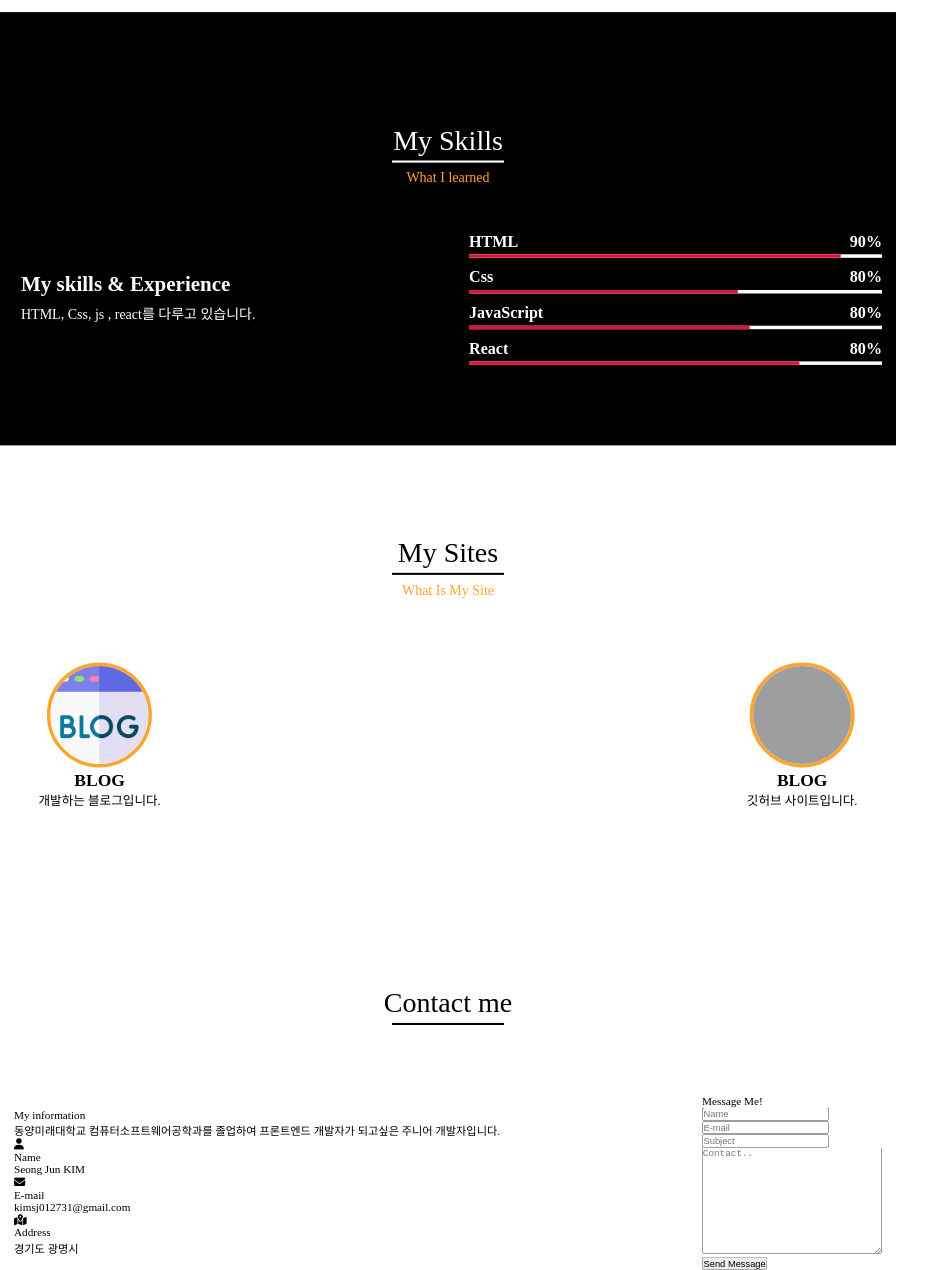
Repository: jun01270/jun
Page: index.html
An editor plug-in stored every save of this project. The page is shown before and after the next save, followed by the edit.
The browser window is 1280 px wide. The page is 1280 px wide, then 1356 px, so the pictures cover 1356 px, including what lies to the right of the window. The pictures show the part of the page from y = 1666 to 3506 px (the page is 3480 px tall before and 3506 px after), at 70% of full size.
Pictures or frames that could not be fetched are drawn as grey boxes. Some web libraries are served in a nearby version.

Above is the page before, as saved 2023-05-10 17:12:09.

### index.html
<!DOCTYPE html>
<html lang="en">
  <head>
    <meta charset="UTF-8" />
    <meta http-equiv="X-UA-Compatible" content="IE=edge" />
    <meta name="viewport" content="width=device-width, initial-scale=1.0" />
    <link rel="stylesheet" href="./css/style.css" />
    <link rel="stylesheet" href="./css/home.css" />
    <link rel="stylesheet" href="./css/about.css" />
    <link rel="stylesheet" href="./css/skills.css" />
    <link rel="stylesheet" href="./css/mysites.css" />
    <link rel="stylesheet" href="./css/contact.css" />

    <script
      src="https://kit.fontawesome.com/252eac6dbf.js"
      crossorigin="anonymous"
    ></script>
    <title>Jun's site</title>
  </head>
  <body>
    <nav class="navbar">
      <div class="max-width">
        <div class="logo">
          <a href="#home">Jun's <span>Site</span></a>
        </div>
        <ul class="menu-bar">
          <li><a href="#home" class="menu-btn" id="homeID">Home</a></li>
          <li><a href="#about" class="menu-btn" id="homeID">About</a></li>
          <li><a href="#skills" class="menu-btn">Skills</a></li>
          <li><a href="#my-sites" class="menu-btn">My Sties</a></li>
          <li><a href="#contact" class="menu-btn">Contact</a></li>
        </ul>
      </div>
    </nav>

    <!--home섹션-->
    <section class="home" id="home">
      <div class="max-width">
        <div class="home-section">
          <div class="text-1">Hello! My Name is</div>
          <div class="text-2">Seong Jun KIM</div>
          <div class="text-3">My skills <span class="typing1">HTML</span></div>
        </div>
      </div>
    </section>

    <!--about섹션-->
    <section class="about" id="about">
      <div class="max-width">
        <h2 class="title">About</h2>
        <div class="about-content">
          <div class="left-column"><img src="./img/profile.jpg" /></div>
          <div class="right-column">
            <div class="about-text">I'm Seong Jun KIM</div>
            <div class="about-skills">
              My skills <span class="typing2">HTML</span>
            </div>
            <p>
              안녕하세요 프론트엔드 개발자를 꿈꾸는 주니어 개발자 김성준입니다.
            </p>
          </div>
        </div>
      </div>
    </section>

    <!--skills섹션-->
    <section class="skills" id="skills">
      <div class="max-width">
        <h2 class="title">My Skills</h2>
        <div class="skills-content">
          <div class="left-column">
            <div class="skills-text">
              <div class="sub-title">My skills & Experience</div>
              <p>HTML, Css, js , react를 다루고 있습니다.</p>
            </div>
          </div>
          <div class="right-column">
            <div class="bars">
              <div class="bars-content">
                <span>HTML</span>
                <span>90%</span>
              </div>
              <div class="line html"></div>
            </div>
            <div class="bars">
              <div class="bars-content">
                <span>Css</span>
                <span>80%</span>
              </div>
              <div class="line css"></div>
            </div>
            <div class="bars">
              <div class="bars-content">
                <span>JavaScript</span>
                <span>80%</span>
              </div>
              <div class="line js"></div>
            </div>
            <div class="bars">
              <div class="bars-content">
                <span>React</span>
                <span>80%</span>
              </div>
              <div class="line react"></div>
            </div>
          </div>
        </div>
      </div>
    </section>

    <!--My sties섹션-->
    <section class="my-sites">
      <div class="max-width">
        <h2 class="title">My Sites</h2>
        <div class="my-sites-content">
          <div class="left-column">
            <a href="https://web-jun.tistory.com/" target="_blank">
              <div class="site">
                <div class="site-images">
                  <img src="/img/blog.jpg" alt="" />
                  <div class="site-text">BLOG</div>
                  <p>개발하는 블로그입니다.</p>
                </div>
              </div>
            </a>
          </div>
          <div class="right-column">
            <a href="https://github.com/jun01270" target="_blank">
              <div class="site">
                <div class="site-images">
                  <img src="/img/github.jpg" alt="" />
                  <div class="site-text">BLOG</div>
                  <p>깃허브 사이트입니다.</p>
                </div>
              </div>
            </a>
          </div>
        </div>
      </div>
    </section>

    <!--Contact 섹션-->
    <section class="contact">
      <div class="max-width">
        <h2 class="title">Contact me</h2>
        <div class="contact-content">
          <div class="left-column">
            <div class="contact-text">My information</div>
            <p>
              동양미래대학교 컴퓨터소프트웨어공학과를 졸업하여 프론트엔드
              개발자가 되고싶은 주니어 개발자입니다.
            </p>
            <div class="icons-content">
              <i class="fas fa-user"></i>
              <div class="info">
                <div class="head">Name</div>
                <div class="tail">Seong Jun KIM</div>
              </div>
            </div>
            <div class="icons-content">
              <i class="fas fa-envelope"></i>
              <div class="info">
                <div class="head">E-mail</div>
                <div class="tail">kimsj012731@gmail.com</div>
              </div>
            </div>
            <div class="icons-content">
              <i class="fas fa-map-marked-alt"></i>
              <div class="info">
                <div class="head">Address</div>
                <div class="tail">경기도 광명시</div>
              </div>
            </div>
          </div>
          <div class="right-column">
            <div class="contact-text">Message Me!</div>
            <form action="#">
              <div class="fields">
                <div class="fields name">
                  <input type="text" placeholder="Name" />
                </div>
                <div class="fields Email">
                  <input type="email" placeholder="E-mail" />
                </div>
              </div>
              <div class="fields subject">
                <input type="text" placeholder="Subject" />
              </div>
              <div class="fields contact-area">
                <textarea
                  cols="30"
                  rows="10"
                  placeholder="Contact.. "
                  required
                ></textarea>
              </div>
              <div class="button">
                <button type="submit">Send Message</button>
              </div>
            </form>
          </div>
        </div>
      </div>
    </section>

    <!--Footer섹션-->
    <footer></footer>

    <!--JS섹션-->
  </body>
</html>

### css/style.css
@import url("https://fonts.googleapis.com/css2?family=Lora&display=swap");

* {
  margin: 0;
  padding: 0;
  box-sizing: border-box;
  text-decoration: none;
}

.home .about .skills .my-sites .contact {
  padding-top: 86px;
}

html {
  scroll-behavior: smooth;
}

.max-width {
  max-width: 1300px;
  padding: 0 20px;
  margin: auto;
}

.section {
  padding: 100px 0;
}

/* .about, .skills, .my-sites, .contact, .footer{
    //폰트삽입
} */

.about .title,
.skills .title,
.my-sites .title,
.contact .title {
  position: relative;
  text-align: center;
  font-size: 40px;
  font-weight: 500;
  margin: 30px 0 100px 0;
  padding-bottom: 8px;
}

.about .title::before,
.skills .title::before,
.my-sites .title::before,
.contact .title::before {
  content: "";
  position: absolute;
  bottom: 0px;
  left: 50%;
  width: 160px;
  height: 3px;
  background-color: black;
  transform: translateX(-50%);
}

.title::after {
  content: "";
  position: absolute;
  bottom: -38px;
  left: 50%;
  font-size: 20px;
  color: rgb(255, 164, 45);
  padding: 5px;
  background-color: white;
  transform: translateX(-50%);
}

.about .about-content,
.skills .skills-content,
.my-sites .my-sites-content,
.contact .contact-content {
  display: flex;
  align-items: center;
  flex-wrap: wrap;
  justify-content: space-between;
}

.navbar {
  position: relative;
  width: 100%;
  padding: 20px 0;
  z-index: 999;
  transition: all 0.3s ease;
  background-color: burlywood;
}

.navbar .max-width {
  display: flex;
  align-items: center;
  justify-content: space-between;
}

.navbar .logo {
  font-size: 30px;
  font-weight: 600;
  margin-left: 20px;
  color: black;
}

.navbar .logo a {
  color: white;
  text-decoration: none;
}

.navbar .logo a span {
  color: orange;
  transition: all 0.3s ease;
}

.navbar .menu-bar li {
  list-style: none;
  margin: 5px 20px 0 0;
  display: inline-block;
}

.navbar .menu-bar li a {
  display: block;
  text-decoration: none;
  font-size: 20px;
  font-weight: 500;
  margin-left: 15px;
  transition: all 0.3s ease;
}

.menu-bar li:hover {
  background-color: orange;
  border-radius: 3px;
}

.navbar.sticky {
  padding: 20px 0;
  background-color: black;
}

.navbar.sticky .logo a span {
  color: white;
}

.navbar.sticky .menu-bar li a:hover {
  color: white;
}

.navbar .menu-btn {
  color: white;
  font-size: 25px;
  display: none;
  cursor: pointer;
}

@media screen and (max-width: 700px) {
  .navbar {
    flex-direction: column;
    align-items: flex-start;
    margin: 0;
  }

  .menu-bar {
    flex-direction: column;
    align-items: center;
    width: 100%;
  }

  .menu-bar li {
    width: 100%;
    text-align: center;
  }
}

### css/home.css
.home {
  display: flex;
  height: 100vh;
  min-height: 500px;
  color: white;
  background: url("../img/back.jpg") no-repeat center;
  background-size: cover;
}

.home .max-width {
  margin: auto 0 auto 40px;
}

.home .home-section .text1 {
  font-size: 30px;
}

.home .home-section .text2 {
  font-size: 75px;
  font-weight: 600;
}

.home .home-section .text-3 {
  font-size: 40px;
}

.home .home-section .text-3 span {
  color: orange;
  font-weight: 500;
}

### css/about.css
.about {
  padding: 100px 0;
  transition: all 0.3s ease;
}

.about .title::after {
  content: "Who I am";
  background-color: white;
}

.about .about-content {
  margin-bottom: 100px;
}

.about .about-content .left-column {
  width: 45%;
}

.about .about-content .left-column img {
  height: 400px;
  width: 400px;
  object-fit: cover;
  border-radius: 6px;
}

.about .about-content .right-column {
  width: 55%;
  margin-bottom: 50px;
}

.about .about-content .right-column .about-text,
.about .about-content .right-column .about-skills {
  font-size: 30px;
  font-weight: 600;
  margin-bottom: 10px;
}

.about .about-content .right-column .about-skills span {
  color: orange;
}

.about .about-content .right-column P {
  text-align: justify;
  font-size: 20px;
}

### css/skills.css
.skills {
  padding: 100px 0;
  transition: all 0.3s ease;
}

.skills .title {
  padding-top: 30px;
}

.skills .title::before {
  background-color: white;
}

.skills .title::after {
  content: "What I learned";
  background-color: black;
}

.skills {
  color: white;
  background-color: black;
  padding-bottom: 100px;
}

.skills .sub-title {
  font-size: 30px;
  font-weight: 600;
  padding-bottom: 10px;
}

.skills .skills-content .left-column,
.skills .skills-content .right-column {
  width: calc(50% - 30px);
}

.skills .skills-content .left-column .skills-text {
  font-size: 23px;
  font-weight: 300;
  margin: 0 0 20px 10px;
  text-align: justify;
}

.skills .skills-content .left-column p {
  font-size: 20px;
}

.skills .skills-content .right-column .bars {
  margin-bottom: 15px;
}

.skills .skills-content .right-column .bars-content {
  display: flex;
  margin-bottom: 5px;
  align-items: center;
  justify-content: space-between;
}

.skills .skills-content span {
  font-size: 23px;
  font-weight: 600;
}

.skills .skills-content .right-column .line {
  height: 5px;
  background-color: white;
  width: 100%;
  position: relative;
}

.skills .skills-content .right-column .line::before {
  content: "";
  position: absolute;
  height: 100%;
  left: 0;
  top: 0;
  background-color: crimson;
}

.skills .skills-content .right-column .html::before {
  width: 90%;
}

.skills .skills-content .right-column .css::before {
  width: 65%;
}

.skills .skills-content .right-column .js::before {
  width: 68%;
}

.skills .skills-content .right-column .react::before {
  width: 80%;
}

### css/mysites.css
.my-sites {
  padding: 100px 0;
  transition: all 0.3s ease;
}

.my-sites .title::after {
  content: "What Is My Site ";
}

.my-sites .my-sites-content {
  margin-bottom: 100px;
}

.my-sites .my-sites-content .left {
  width: 10%;
}

.my-sites .my-sites-content .right {
  width: 10%;
}

.my-sites .my-sites-content a {
  display: flex;
  text-align: center;
  color: black;
}

.my-sites .my-sites-content a,
.my-sites .my-sites-content a:visited,
.my-sites .my-sites-content a:active,
.my-sites .my-sites-content a:hover {
  text-decoration: none;
}

.my-sites .my-sites-content .site {
  background-color: white;
  border-radius: 6px;
  padding: 25px 35px;
  transition: all 0.3s ease;
}

.my-sites .my-sites-content .site img {
  height: 150px;
  width: 150px;
  object-fit: cover;
  border-radius: 50%;
  border: 5px solid rgb(255, 164, 45);
  transition: all 0.3 ease;
}

.my-sites .my-sites-content .site-text {
  font-size: 25px;
  font-weight: 600;
}

.my-sites .my-sites-content p {
  font-size: 18px;
  text-align: justify;
}

.my-sites .my-sites-content .site:hover {
  background-color: rgb(25, 8, 53);
  color: white;
  transform: scale(1.05);
}

.my-sites .my-sites-content .site:hover img {
  border-color: white;
}

Loaded but not shown: css/contact.css (no stored copy; drawn as an empty file)

After the next save:
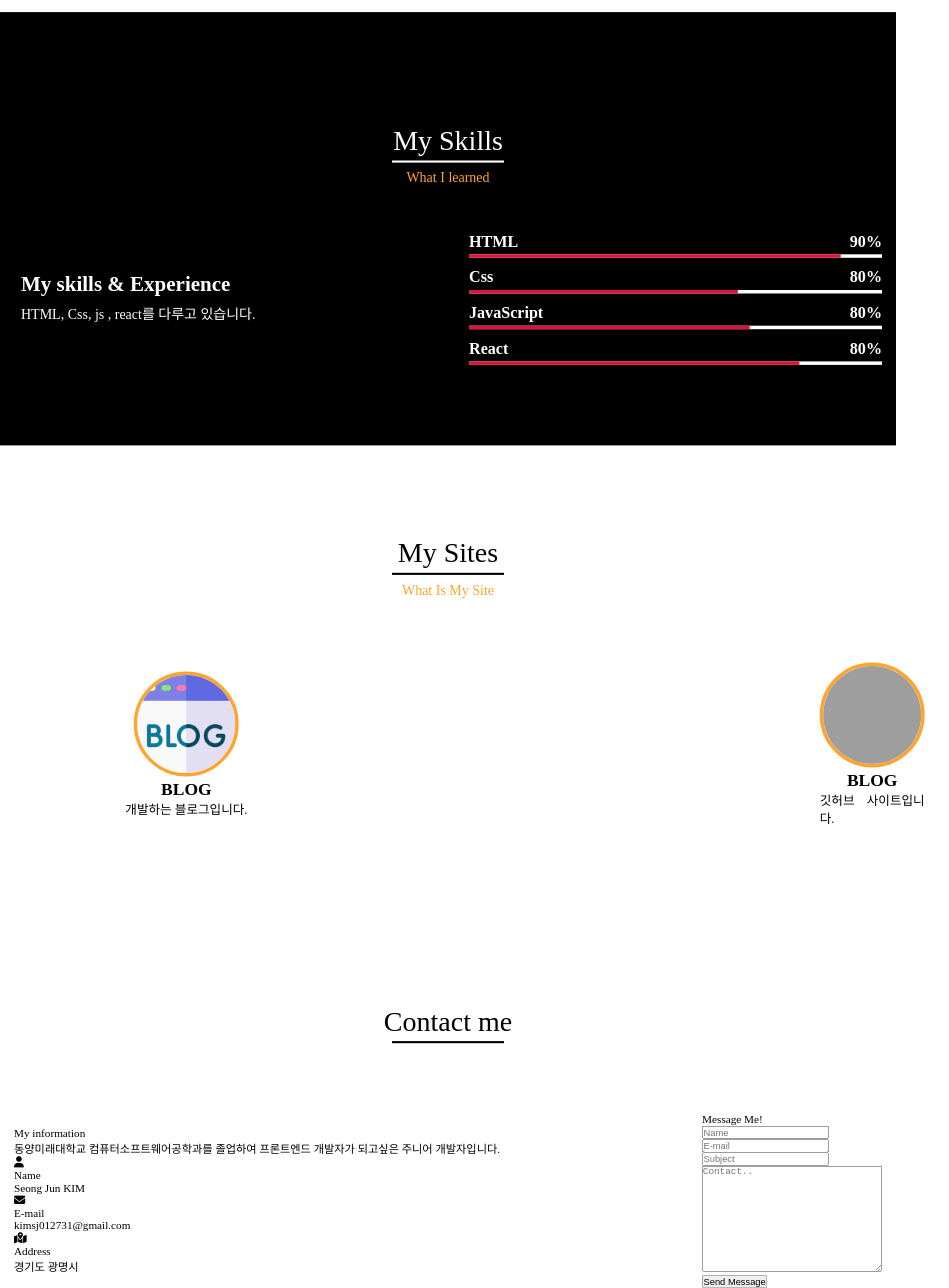
Saved 2 min 23 s later.
--- a/css/mysites.css
+++ b/css/mysites.css
@@ -11,11 +11,11 @@
   margin-bottom: 100px;
 }
 
-.my-sites .my-sites-content .left {
-  width: 10%;
+.my-sites .my-sites-content .left-column {
+  margin-left: 10%;
 }
 
-.my-sites .my-sites-content .right {
+.my-sites .my-sites-content .right-column {
   width: 10%;
 }
 
